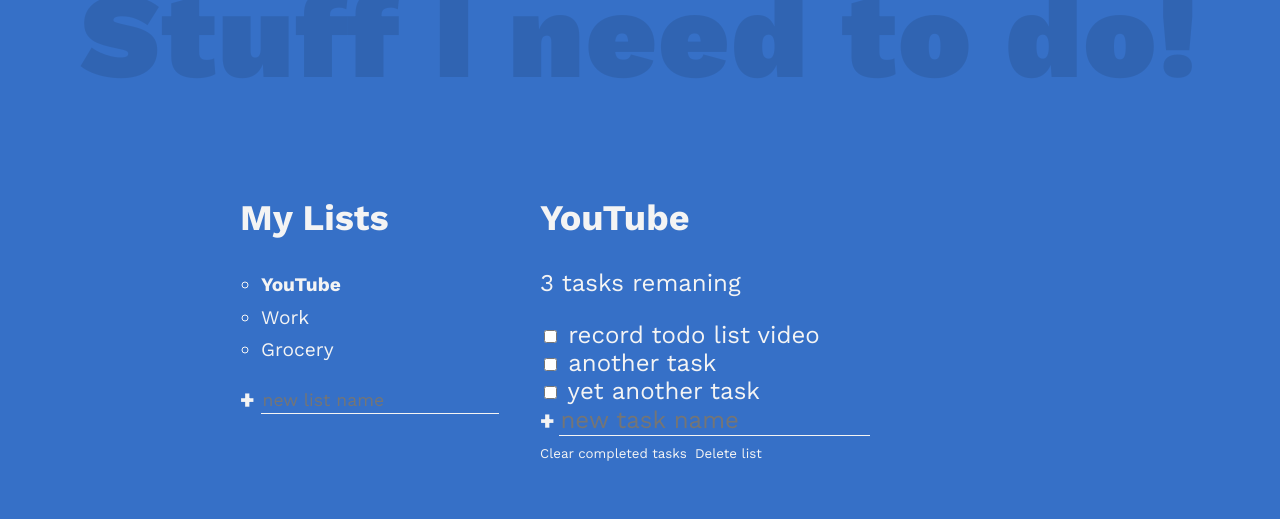
Repository: PratypartyY2K/JavaScript-Projects
Page: Better-ToDo-App/index.html
These files come from the project's save history. The page is drawn as it stood at one moment and after the next save; the edit follows.
The browser window is 1280 px wide. The pictures show the whole page.

Above is the page before, as saved 2021-07-06 01:03:02.

### Better-ToDo-App/index.html
<!DOCTYPE html>
<html lang="en">
  <head>
    <meta charset="UTF-8" />
    <meta http-equiv="X-UA-Compatible" content="IE=edge" />
    <meta name="viewport" content="width=device-width, initial-scale=1.0" />
    <link rel="stylesheet" href="styles.css" />
    <title>ToDo App</title>
  </head>

  <body>
    <h1 class="title">Stuff I need to do!</h1>
    <div class="all-tasks">
      <h2 class="task-list-title">My Lists</h2>
      <ul class="task-list">
        <li class="active-list">YouTube</li>
        <li>Work</li>
        <li>Grocery</li>
      </ul>

      <form action="">
        <input
          type="text"
          class="new list"
          placeholder="new list name"
          aria-label="new list name"
        />
        <button class="btn list" aria-label="create new list">+</button>
      </form>
    </div>

    <div class="todo-list">
      <div class="todo-header">
        <h2 class="list-title">YouTube</h2>
        <p class="task-count">3 tasks remaning</p>
      </div>

      <div class="todo-body">
        <div class="tasks">
          <div class="task">
            <input type="checkbox" id="task-1" />
            <label for="task-1">
              <span class="custom-checkbox"></span>
              record todo list video
            </label>
          </div>
          <!-- close task-1-->

          <div class="task">
            <input type="checkbox" id="task-2" />
            <label for="task-2">
              <span class="custom-checkbox"></span>
              another task
            </label>
          </div>
          <!-- close task-2-->

          <div class="task">
            <input type="checkbox" id="task-3" />
            <label for="task-3">
              <span class="custom-checkbox"></span>
              yet another task
            </label>
          </div>
          <!-- close task-3-->
        </div>

        <div class="new-task-creator">
          <form action="">
            <input
              type="text"
              class="new task"
              placeholder="new task name"
              aria-label="new task name"
            />
            <button class="btn create" aria-label="create new task">+</button>
          </form>
        </div>

        <div class="delete-stuff">
          <button class="btn delete">Clear completed tasks</button>
          <button class="btn delete">Delete list</button>
        </div>
      </div>
    </div>
  </body>
</html>

### Better-ToDo-App/styles.css
@import url('https://fonts.googleapis.com/css2?family=Work+Sans:wght@400;700;900&display=swap');

:root {
    --clr-primary: rgb(54, 112, 199);
    --clr-light: #f4f4f4;
    --clr-dark: #332;
    --clr-warning: rgb(99, 36, 36);
}

*,
*::before,
*::after {
    font-family: inherit;
    box-sizing: border-box;
}

body {
    margin: 0;
    font-family: "Work Sans", sans-serif;
    font-weight: 300;
    font-size: 1.5rem;
    background-color: var(--clr-primary);
    color: var(--clr-light);

    display: grid;
    grid:
    "header header header header" auto
    "...... lists  active ......" auto /
    1fr minmax(100px, 300px) minmax(250px, 500px) 1fr;
}

.title {
    grid-area: header;
    text-align: center;
    font-size: calc(7vw + 2rem);
    font-weight: 900;
    color: rgba(0,0,0,0.1);
    letter-spacing: 2px;
    margin: -0.3em 0 0.5em;
}

.all-tasks {
    grid-area: lists;
}

.task-list {
    font-size: 1.2rem;
    line-height: 1.7;
    list-style: circle;
    padding-left: 1.1em;
}

form {
    display: flex;
}

.btn {
    cursor: pointer;
    background: 0;
    border: 0;
    padding: 0;
    color: inherit;
}

.btn.create {
    font-size: 1.5rem;
    font-weight: 900;
    margin-right: 0.25rem;
    transition: opacity 250ms ease-in;
}


.btn.create:hover {
    opacity: 0.7;
}

.btn.list {
    font-size: 1.5rem;
    font-weight: 900;
    margin-right: 0.25em;
    transition: opacity 250ms ease-in;
}

.btn.list:hover {
    opacity: 0.7;
}

.new {
    background: transparent;
    border: 0;
    color: inherit;
    border-bottom: 1px solid currentColor;
    font-size: inherit;
    outline: none;

    transition: border-bottom 250ms ease-in;
    order: 2;
}

.new:focus {
    border-bottom-width: 3px;
}

.new:focus::placeholder {
    opacity: 0.2;
}

.new.list {
    font-size: 1.1rem;
}

.active-list {
    font-weight: 700;
}

.todo-list {
    grid-area: active;
}

After the next save:
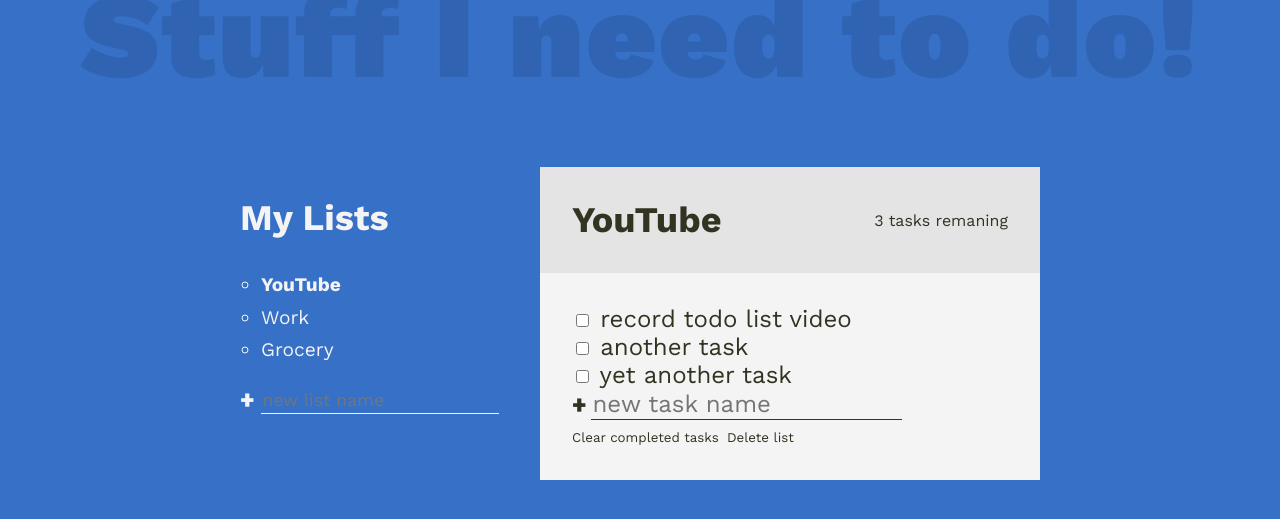
Saved 4 min 54 s later.
--- a/Better-ToDo-App/styles.css
+++ b/Better-ToDo-App/styles.css
@@ -114,5 +114,29 @@
 }
 
 .todo-list {
+    --spacer: 2rem;
     grid-area: active;
+    background: var(--clr-light);
+    color: var(--clr-dark);
 }
+
+.todo-header {
+    padding: var(--spacer);
+    background: #e4e4e4;
+    display: flex;
+    align-items: center;
+    justify-content: space-between;
+}
+
+.list-title {
+    margin: 0 1rem 0 0;
+}
+
+.task-count {
+    margin: 0;
+    font-size: 1rem;
+}
+
+.todo-body {
+    padding: var(--spacer);
+}
